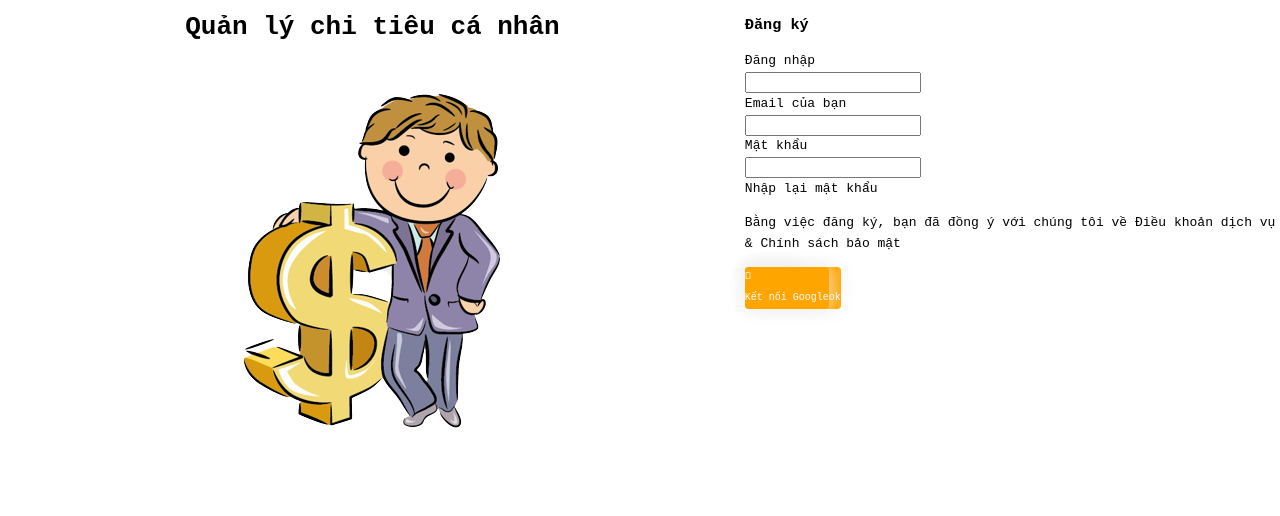
Repository: ximvhs/sochitieu
Page: login.html
The author's editor kept a copy of each file at every save. The page is drawn from the files as they stood at one save, then again after the next save.
The browser window is 1280 px wide. The pictures show the whole page.
Some web fonts or font styles are not loaded; a fallback is used.

Above is the page before, as saved 2023-04-05 10:00:59.

After the next save:
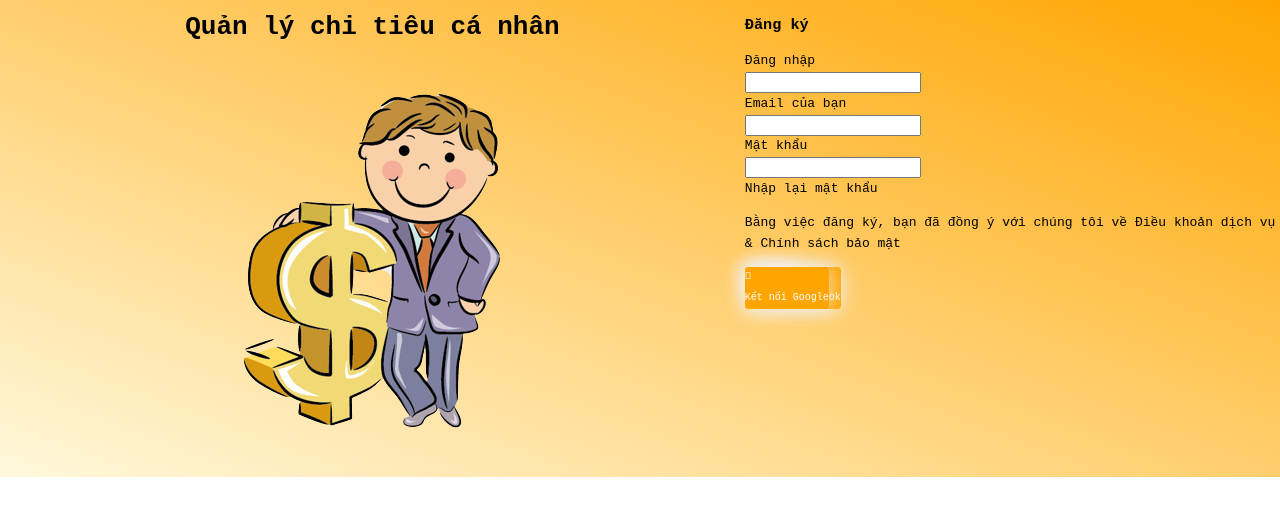
Saved 4 s later.
--- a/assets/css/login.css
+++ b/assets/css/login.css
@@ -1,5 +1,5 @@
 .modal {
-    background-image: linear-gradient(to top right, var(--primary-color), var(--sec));
+    background-image: linear-gradient(to top right, var(--primary-color), var(--secondary-color));
 }
 
 .modal__body {

After the 3 saves that followed:
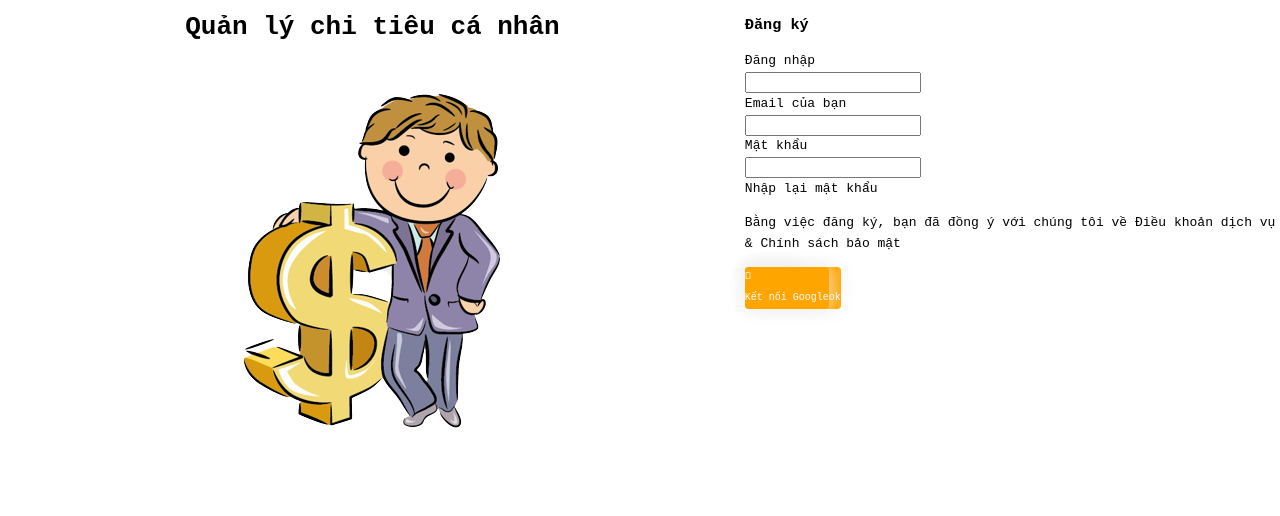
The 3 saves are shown as one change because they came seconds apart.
The last was saved 33 s later.
--- a/assets/css/login.css
+++ b/assets/css/login.css
@@ -1,5 +1,5 @@
 .modal {
-    background-image: linear-gradient(to top right, var(--primary-color), var(--secondary-color));
+    background-image: linear-gradient(to top right), var(--secondary-color);
 }
 
 .modal__body {
